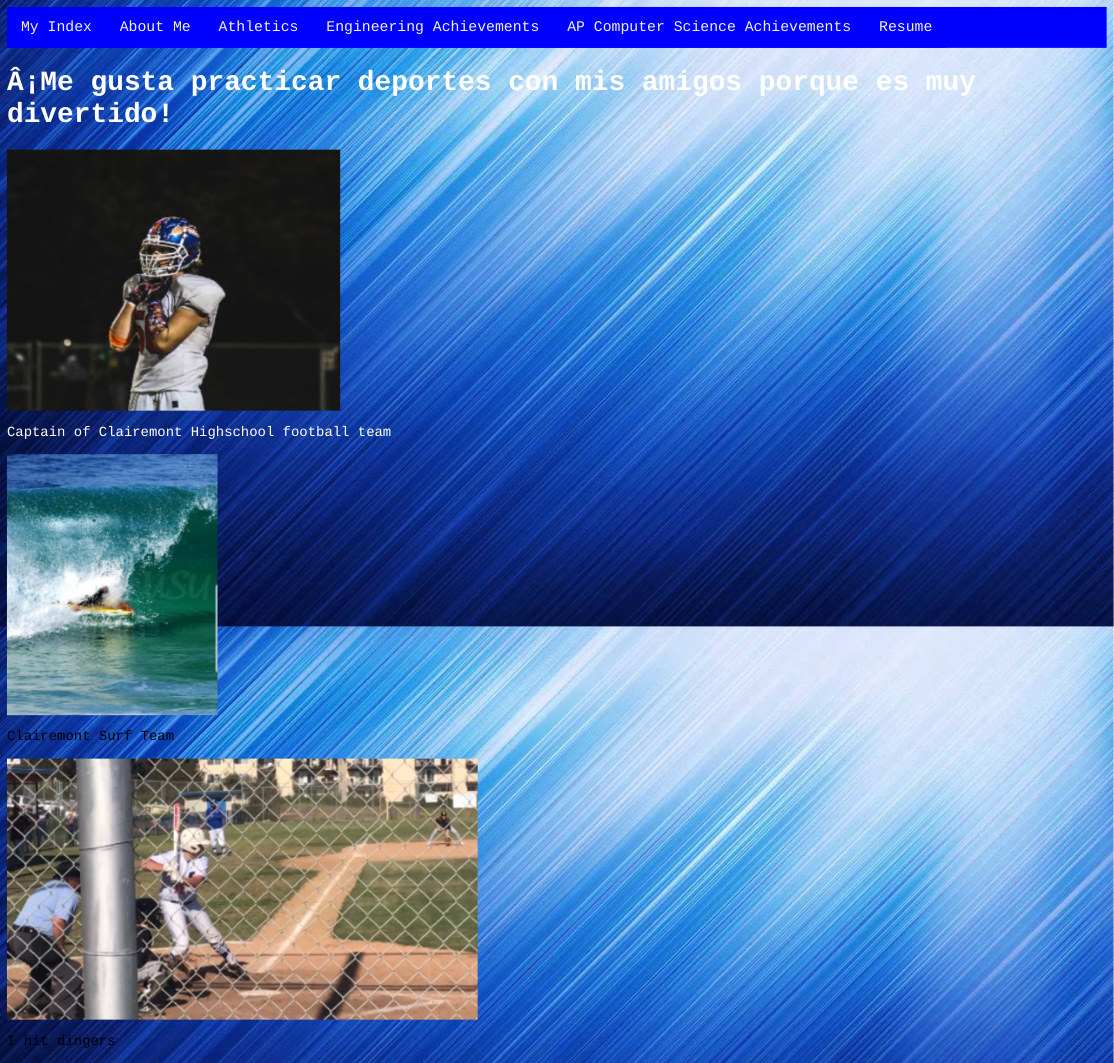
Repository: jacobsirois/jacobsirois.github.io
Page: athletics.html
The author's editor kept a record of every edit. The page is drawn from the files as they stood at one moment, then again after the next edit.
The browser window is 1280 px wide. The pictures show the whole page, at 87% of full size.
Backgrounds fixed to the window are drawn as part of the page.

Above is the page before.
Not found: index.css

### athletics.html
<html>
<head>
<title>Page Title</title>
</head>
<body>

<title>
"About Me"
<meta charset="utf-8">
</title>
<link href="index.css" rel="stylesheet" type="text/css">
<meta name="viewport" content="width=device-width, initial-scale=1">
<link rel="stylesheet" href="https://cdnjs.cloudflare.com/ajax/libs/font-awesome/4.7.0/css/font-awesome.min.css">

<style>
body {
  font-family: courier;
}

.topnav {
  overflow: hidden;
  background-color: blue;
}

.topnav a {
  float: left;
  display: block;
  background-color: blue;
  color: #f2f2f2;
  text-align: center;
  padding: 14px 16px;
  text-decoration: none;
  font-size: 17px;
}

.topnav a:hover {
  background-color: #ddd;
  color: black;
}

.active {
  background-color: #ff66a3;
  color: white;
}

.topnav .icon {
  display: none;
}

@media screen and (max-width: 600px) {
  .topnav a:not(:first-child) {display: none;}
  .topnav a.icon {
    float: right;
    display: block;
  }
}

@media screen and (max-width: 600px) {
  .topnav.responsive {position: relative;}
  .topnav.responsive .icon {
    position: absolute;
    right: 0;
    top: 0;
  }
  .topnav.responsive a {
    float: none;
    display: block;
    text-align: left;
  }
}
</style>

<div class="topnav" id="myTopnav">
  <a href="index.html" class="active">My Index</a>
  <a href="aboutme.html">About Me</a>
  <a href="athletics.html">Athletics</a>
  <a href="engineering.html">Engineering Achievements</a>
  <a href="compsci.html">AP Computer Science Achievements</a>
  <a href="resume.html">Resume</a>
  <a href="javascript:void(0);" class="icon" onclick="myFunction()">
    <i class="fa fa-bars"></i>
  </a>
</div>

<script>
function myFunction() {
    var x = document.getElementById("myTopnav");
    if (x.className === "topnav") {
        x.className += " responsive";
    } else {
        x.className = "topnav";
    }
}
</script>

<style>
body {
  background-image: url('anotha background.jpg');
  background-repeat: no-repeat;
  background-attachment: fixed;
  background-size: 100% 100%;
}
</style>

<h1 style="color:White;">¡Me gusta practicar deportes con mis amigos porque es muy divertido!</h1>

<img src="images/football.jpg" alt="my avatar">
<p style="color:White;">Captain of Clairemont Highschool football team</p>
<img src="images/gnar.jpg" alt="my avatar">
<p>Clairemont Surf Team</p>
<img src="images/baseball.jpg" alt="my avatar">
<p>I hit dingers</p>
</body>
</html>

After the next edit:
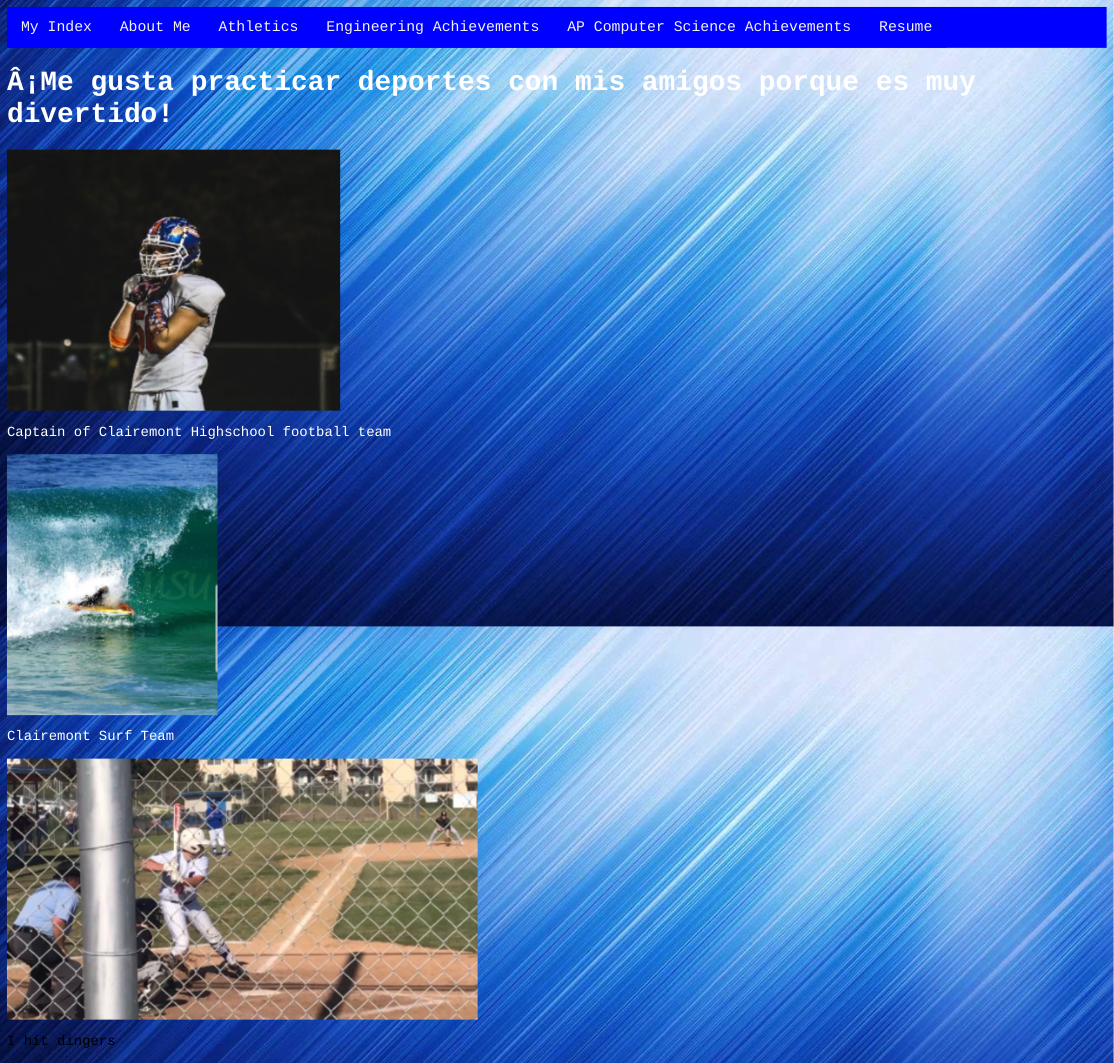
The edit:
--- a/athletics.html
+++ b/athletics.html
@@ -107,7 +107,7 @@
 <img src="images/football.jpg" alt="my avatar">
 <p style="color:White;">Captain of Clairemont Highschool football team</p>
 <img src="images/gnar.jpg" alt="my avatar">
-<p>Clairemont Surf Team</p>
+<p style="color:White;">Clairemont Surf Team</p>
 <img src="images/baseball.jpg" alt="my avatar">
 <p>I hit dingers</p>
 </body>
